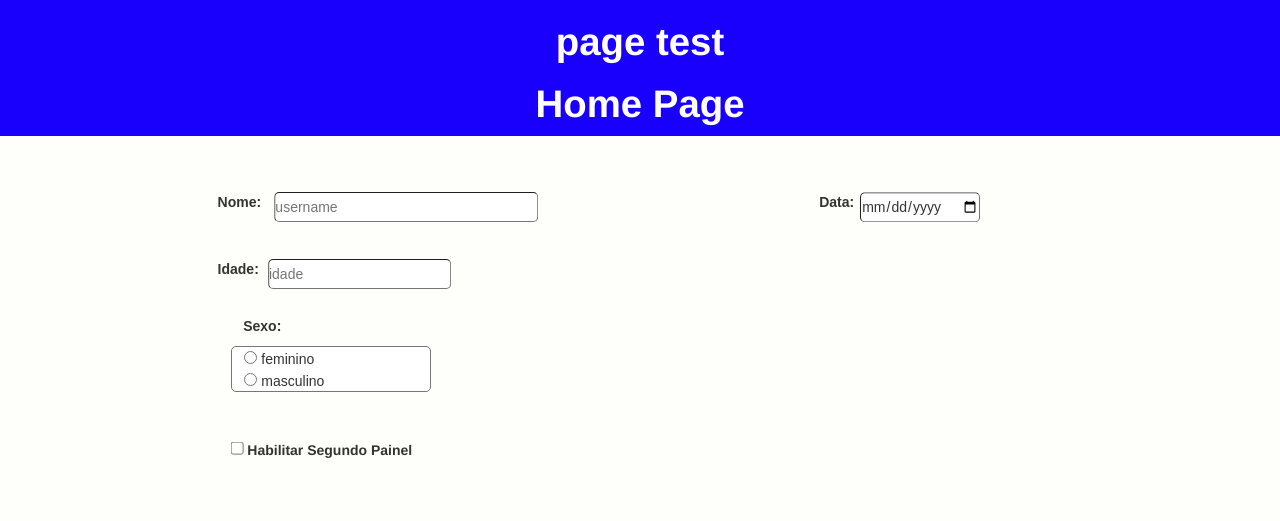
Repository: josceno/inital-page
Page: index.html
An editor plug-in stored every save of this project. The page is shown before and after the next save, followed by the edit.
The browser window is 1280 px wide. The pictures show the whole page.
Some web libraries are served in a nearby version.

Above is the page before, as saved 2022-02-21 12:07:16.
Console error: TypeError: Cannot read properties of null (reading 'innerHTML')

After the next save:
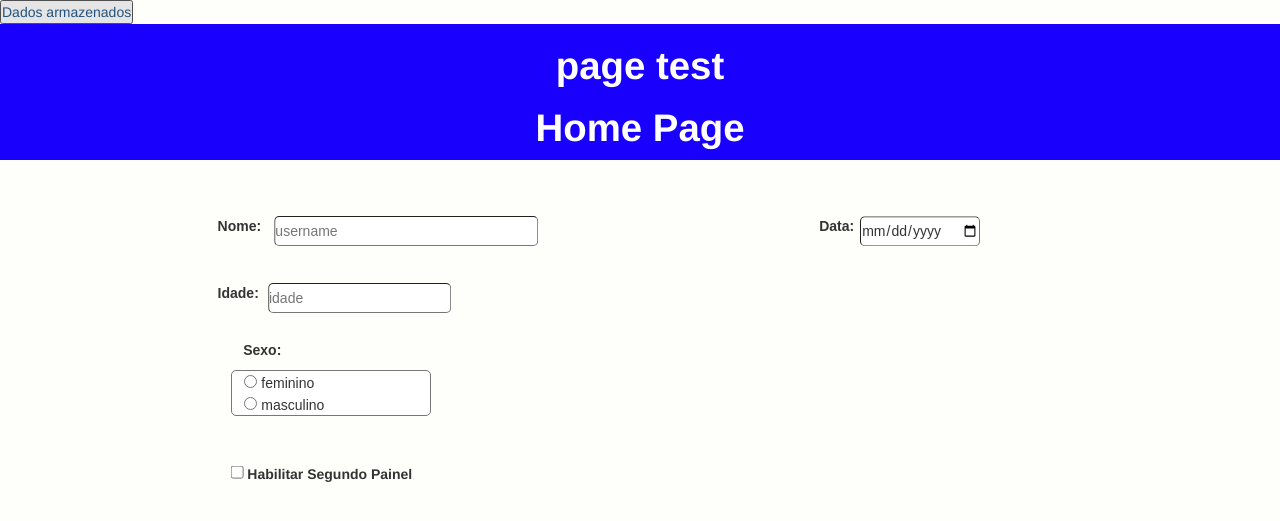
Saved 41 s later.
--- a/index.html
+++ b/index.html
@@ -20,9 +20,11 @@
 
   <body>
 
-
+    <div class="dataAcss">
+      <a href="/store">
+        <input type ='submit' value="Dados armazenados">
+      </a>
     <div class="content-wrap">
-
       <article>
 
       <header>
@@ -101,7 +103,6 @@
     </article>
     </div>
 
-
     <script src="script.js"></script>
   </body>
 

After the save that followed:
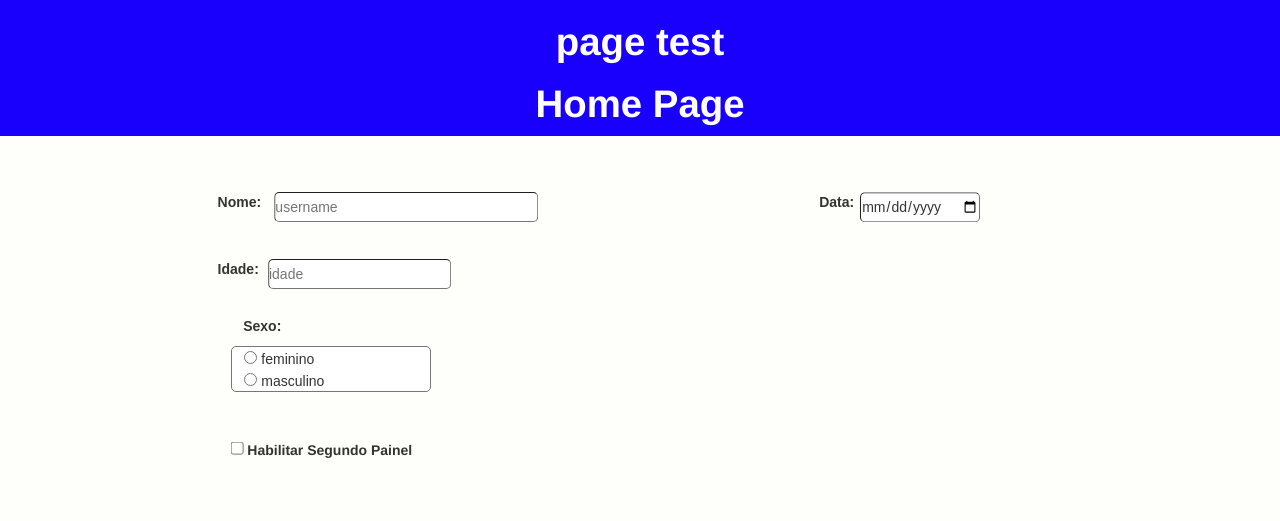
Saved 16 s later.
--- a/index.html
+++ b/index.html
@@ -20,10 +20,7 @@
 
   <body>
 
-    <div class="dataAcss">
-      <a href="/store">
-        <input type ='submit' value="Dados armazenados">
-      </a>
+
     <div class="content-wrap">
       <article>
 
